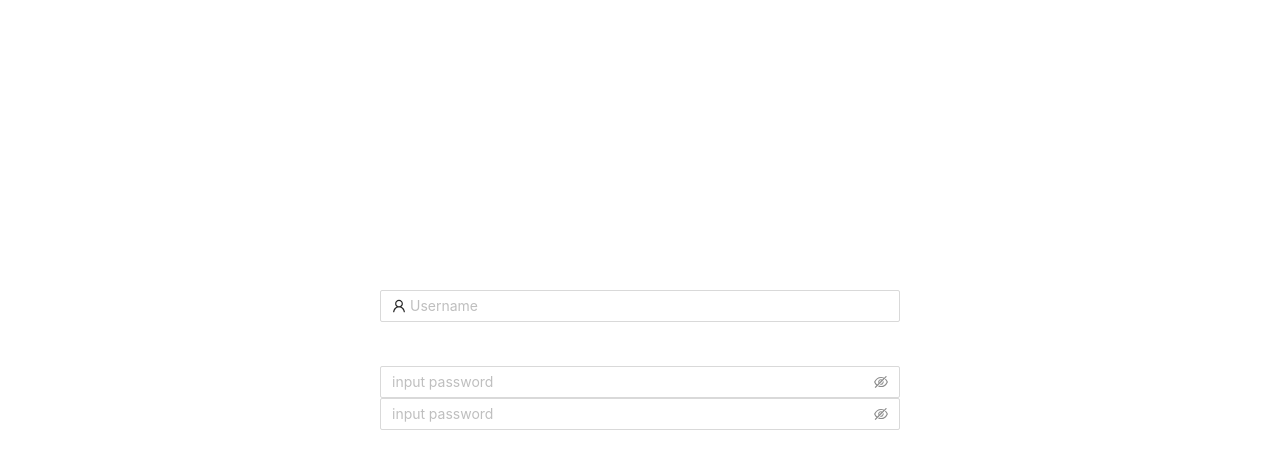
Repository: tiendungjr123/ant-design
Page: /
These files come from the project's save history. The page is drawn as it stood at one moment and after the next save; the edit follows.
The browser window is 1280 px wide. The pictures show the whole page.
The project was rebuilt for these pictures with package versions that can differ from the ones it lists, and the page was loaded fresh each time. Also part of the build but not shown: src/components/AntButton.js.

Above is the page before, as saved 2022-09-27 15:50:31.

After the next save:
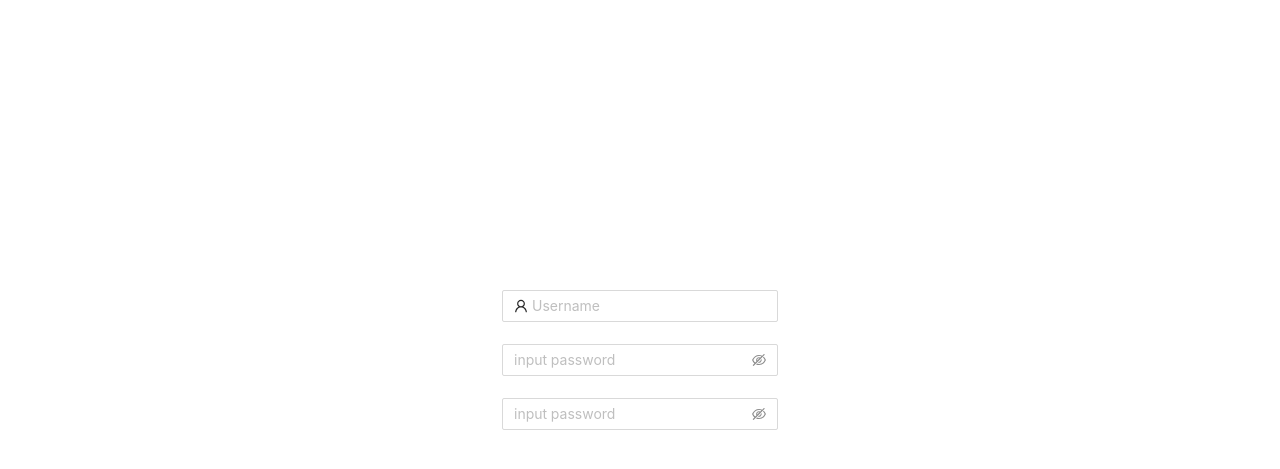
Saved 13 s later.
--- a/src/components/AntInput.js
+++ b/src/components/AntInput.js
@@ -14,8 +14,9 @@ export default function AntInput() {
       </Input>
       <br />
       <br />
+      <Input.Password placeholder="input password" />
       <br />
-      <Input.Password placeholder="input password" />
+      <br />
       <Input.Password
         placeholder="input password"
         iconRender={(visible) => (visible ? <EyeTwoTone /> : <EyeInvisibleOutlined />)}
